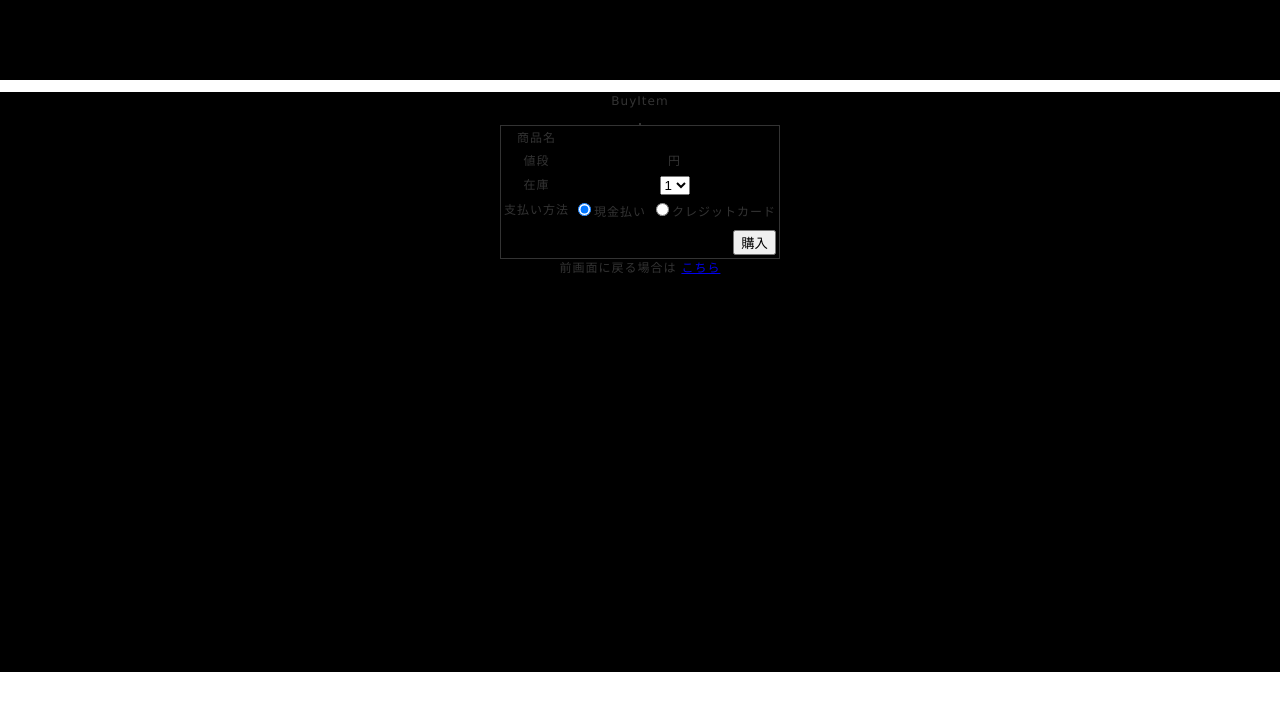
Repository: shimadaasato/test
Page: http://localhost/template/buyItem.jsp
An editor plug-in stored every save of this project. The page is shown before and after the next save, followed by the edit.
The browser window is 1280 px wide. The pictures show the whole page.
The page is served by Tomcat 9. Other server files are loaded and not shown.

Above is the page before, as saved 2019-03-01 10:50:55.

### template/WebContent/buyItem.jsp
<%@ page language="java" contentType="text/html; charset=UTF-8"
    pageEncoding="UTF-8"%>
<%@ taglib prefix="s" uri="/struts-tags" %>

<!DOCTYPE html>

<html>
<head>

	<meta http-equiv="Content-Type" content="text/html; charset=UTF-8">
	<meta http-equiv="Content-Style-Type" content="text/css" />
	<meta http-equiv="Content-Script-Type" content="text/javascript" />
	<meta http-equiv="imagetoolbar" content="no" />
	<meta name="description" content="" />
	<meta name="keywords" content="" />

<title>buyItem画面</title>

<style type="text/css">

/*====TAG LAYOUT ====*/
body{
	margin: 0;
	padding: 0;
	line-height: 1.6;
	letter-spacing: 1px;
	font-family: Verdana,Helvetica,sans-serif;
	font-size: 12px;
	color: #333;
	background: #fff;

}

table{
	text-align: center;
	margin: 0 auto;
	border: 1px solid #333;

}

#header{
	width: 100%;
	height: 80px;
	background-color: black;

}

#main{
	width: 100%;
	height: 80px;
	background-color: black;

}

#main{
	width: 100%;
	height: 500px;
	text-align: center;

}

#footer{
	width: 100%;
	height: 80px;
	background-color: black;
	clear: both;

}


</style>

</head>
<body>

	<div id="header">

		<div id="pr">
		</div>

	</div>

	<div id="main">

		<div id="top">

			<p>BuyItem</p>

		</div>

		<div>

		<s:form action="buyItemAction">

			<table>

				<tr>

					<td>

						<span>商品名</span>

					</td>

					<td>

						<s:property value="session.buyItem_name"/>

					</td>

				</tr>

				<tr>
						<td>

							<span>値段</span>

						</td>

						<td>

						<s:property value="session.buyItem_price"/>

							<span>円</span>

						</td>
				</tr>

				<tr>

					<td>

						<span>在庫</span>

					</td>

					<td>

							<select name="stock">

							<option value="1" selected="selected">1</option>
								<option value="2">2</option>
								<option value="3">3</option>
								<option value="4">4</option>
								<option value="5">5</option>

							</select>

					</td>

				</tr>

				<tr>

					<td>

						<span>支払い方法</span>

					</td>

					<td>

						<input type="radio" name="pay" value="1" checked="checked">現金払い

						<input type="radio" name="pay" value="2">クレジットカード

					</td>

				</tr>

				<tr>

					<td>

						<s:submit value="購入"/>

					</td>

				</tr>

			</table>

		</s:form>

			<div>

				<span>前画面に戻る場合は</span>

				<a href='<s:url action="HomeAction"/>'>こちら</a>

			</div>

		</div>



	</div>

	<div id="footer">

		<div id="pr">

		</div>

	</div>

</body>
</html>

After the next save:
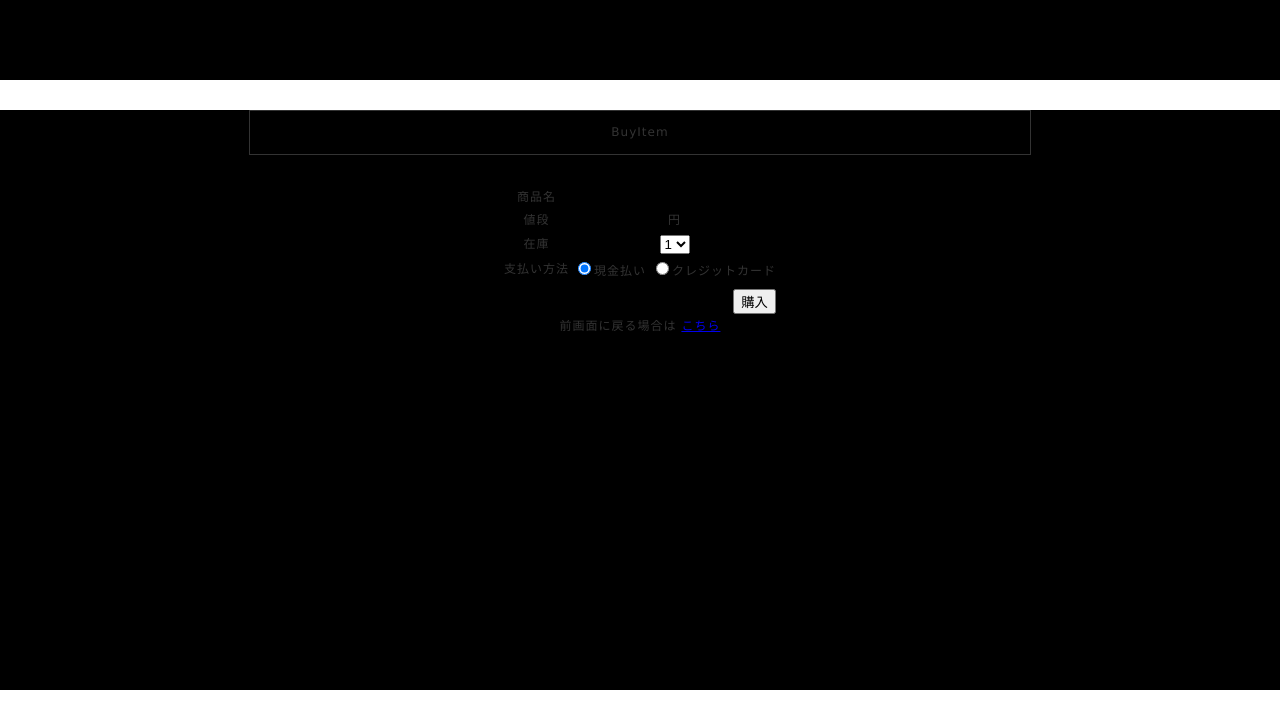
Saved 97 s later.
--- a/template/WebContent/buyItem.jsp
+++ b/template/WebContent/buyItem.jsp
@@ -34,6 +34,12 @@
 table{
 	text-align: center;
 	margin: 0 auto;
+
+}
+
+#top{
+	width: 780px;
+	margin: 30px auto;
 	border: 1px solid #333;
 
 }
